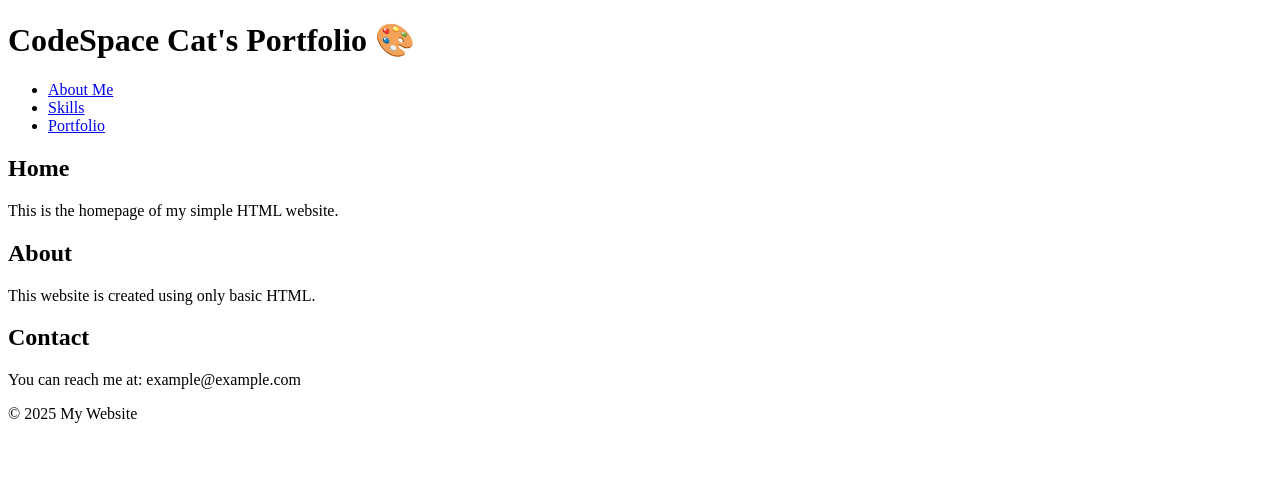
Repository: andajonas/Module_04_ANDJON25111_fto2502_A2_Anda-Jonas_SDF02
Page: index.html
The author's editor kept a copy of each file at every save. The page is drawn from the files as they stood at one save, then again after the next save.
The browser window is 1280 px wide. The pictures show the whole page.

Above is the page before, as saved 2025-03-05 08:55:16.

### index.html
<!DOCTYPE html>
<html>
<head>
    <title>CodeSpace Cat's Portfolio</title>
</head>
<body>
    <header>
        <h1>CodeSpace Cat's Portfolio 🎨</h1>
    </header>
    <nav>
        <ul>
            <li><a href="#home">About Me</a></li>
            <li><a href="#about">Skills</a></li>
            <li><a href="#contact">Portfolio</a></li>

        </ul>
    </nav>
    <section id="home">
        <h2>Home</h2>
        <p>This is the homepage of my simple HTML website.</p>
    </section>
    <section id="about">
        <h2>About</h2>
        <p>This website is created using only basic HTML.</p>
    </section>
    <section id="contact">
        <h2>Contact</h2>
        <p>You can reach me at: example@example.com</p>
    </section>
    <footer>
        <p>&copy; 2025 My Website</p>
    </footer>
</body>
</html>

After the next save:
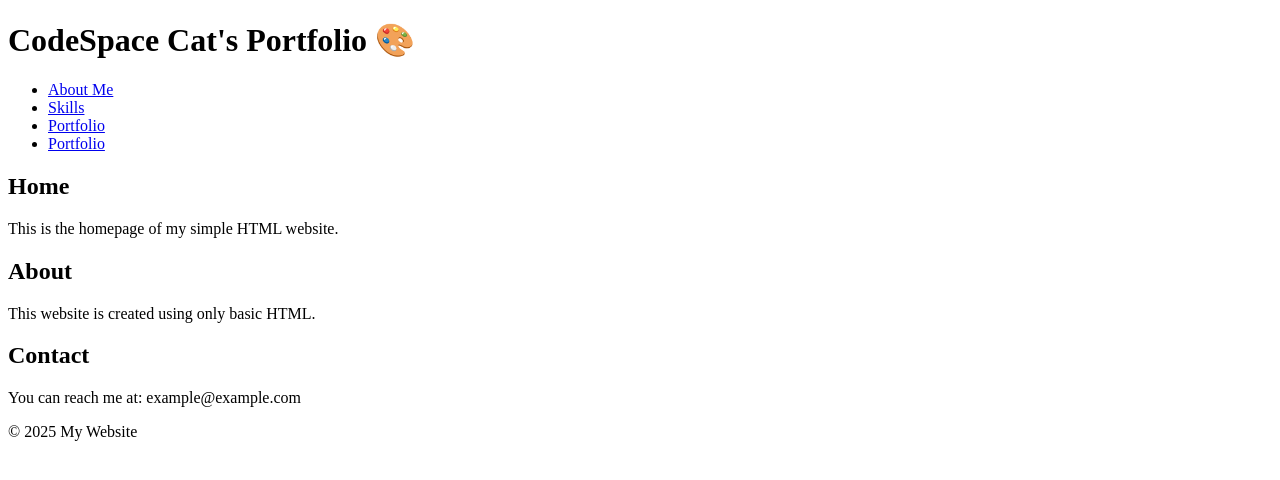
Saved 4 s later.
--- a/index.html
+++ b/index.html
@@ -12,7 +12,7 @@
             <li><a href="#home">About Me</a></li>
             <li><a href="#about">Skills</a></li>
             <li><a href="#contact">Portfolio</a></li>
-
+            <li><a href="#contact">Portfolio</a></li>
         </ul>
     </nav>
     <section id="home">
